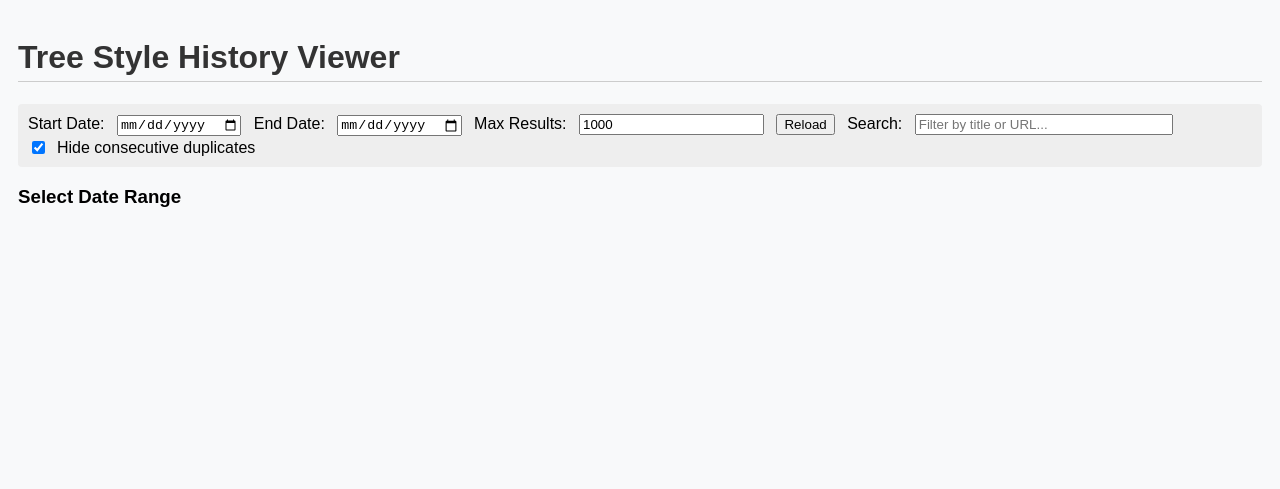
Repository: Chandler-Lu/tree-style-history-viewer
Page: history.html
An editor plug-in stored every save of this project. The page is shown before and after the next save, followed by the edit.
The browser window is 1280 px wide. The pictures show the whole page.

Above is the page before, as saved 2025-04-25 09:31:49.
Console error: ReferenceError: initializeDates is not defined

After the next save:
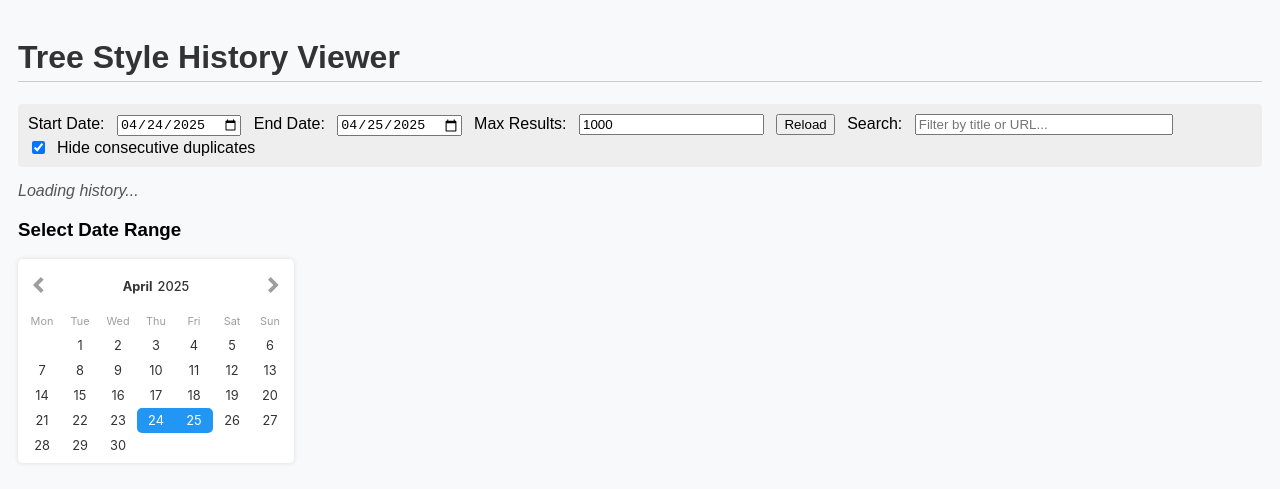
Saved 23 s later.
--- a/history.js
+++ b/history.js
@@ -375,6 +375,45 @@ if (filterDuplicatesCheckbox) {
   filterDuplicatesCheckbox.addEventListener("change", fetchAndBuildTree);
 }
 
+// --- Initial Load & Litepicker Setup ---
+document.addEventListener('DOMContentLoaded', () => {
+  // **初始化 Litepicker**
+  const picker = new Litepicker({
+      element: document.getElementById('datepicker-container'), // 容器元素
+      inlineMode: true,           // 内联显示，而不是弹出
+      singleMode: false,          // 范围选择模式
+      numberOfMonths: 1,          // 显示一个月
+      numberOfColumns: 1,         // 显示一列
+      format: 'YYYY-MM-DD',       // 日期格式
+      showTooltip: true,
+      autoApply: true,            // 选择结束日期后立即应用
+      startDate: new Date(new Date().setDate(new Date().getDate() - 1)), // 默认开始日期：昨天
+      endDate: new Date(),        // 默认结束日期：今天
+      setup: (picker) => {
+          // 当日期范围被用户选择并应用后触发
+          picker.on('selected', (date1, date2) => {
+              if (date1 && date2) {
+                  // 格式化日期并更新隐藏的 input 值
+                  const formatDate = (date) => date.toJSDate().toISOString().split('T')[0];
+                  startDateInput.value = formatDate(date1);
+                  endDateInput.value = formatDate(date2);
+                  console.log('Date range selected:', startDateInput.value, endDateInput.value);
+                  // 手动触发历史记录加载
+                  fetchAndBuildTree();
+              }
+          });
+      }
+  });
+
+  // **初始加载历史记录**
+  // 手动设置初始日期到隐藏的 input，以便第一次加载使用默认值
+  const formatDate = (date) => date.toISOString().split('T')[0];
+  if (!startDateInput.value) startDateInput.value = formatDate(new Date(new Date().setDate(new Date().getDate() - 1)));
+  if (!endDateInput.value) endDateInput.value = formatDate(new Date());
+  fetchAndBuildTree();
+});
+
+
 // Debounced listener for Max Results (triggers full fetch)
 const debouncedFetch = debounce(fetchAndBuildTree, 500);
 maxResultsInput.addEventListener("input", debouncedFetch);
